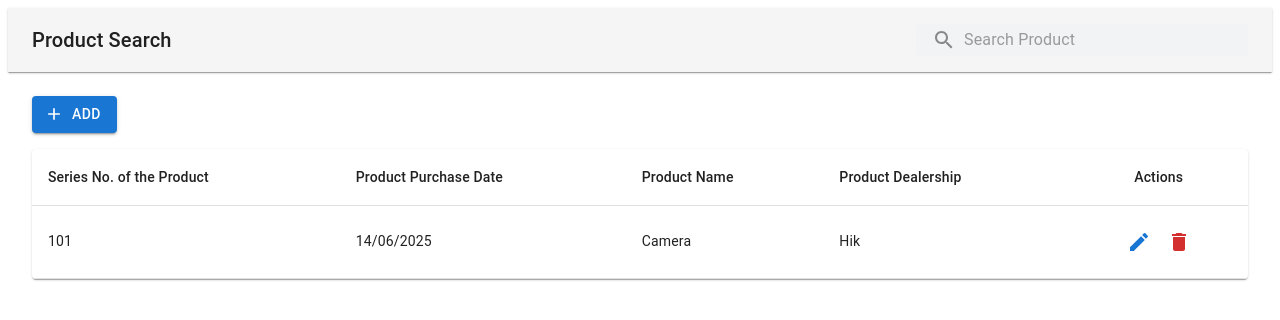
Repository: Sharathguru/Product_Task
Page: / (app in Frontend/)
An editor plug-in stored every save of this project. The page is shown before and after the next save, followed by the edit.
The browser window is 1280 px wide. The pictures show the whole page.
The project was rebuilt for these pictures with package versions that can differ from the ones it lists, and the page was loaded fresh each time. Requests to the local data server were answered from the project's data file. Also part of the build but not shown: Frontend/vite.config.js, Frontend/src/index.css, Frontend/src/Pages/Insert.jsx, Frontend/src/Pages/Update.jsx, Frontend/src/Pages/Delete.jsx.

Above is the page before, as saved 2025-06-13 15:07:58.

### Frontend/src/App.jsx
import React from 'react'
import { BrowserRouter, Route, Routes } from 'react-router-dom'
import { ToastContainer } from 'react-toastify';
import 'react-toastify/dist/ReactToastify.css';
import Home from './Components/Home'
import Insert from './Pages/Insert'
import Update from './Pages/Update'
import Fetch from './Pages/Fetch'
import Delete from './Pages/Delete'

const App = () => {
  return (
    <>
      <ToastContainer position="top-right" autoClose={2000} />
      <BrowserRouter>
      <Routes>
        <Route path="/" element={<Home />} />
        <Route path="/insert" element={<Insert />} />
        <Route path="/update" element={<Update />} />
        <Route path="/fetch" element={<Fetch />} />
        <Route path="/delete" element={<Delete />} />
      </Routes>
        {/* <Route path="*" element={<h1>404 Not Found</h1>} /> */}
      </BrowserRouter>
    </>
  )
}

export default App

### Frontend/src/Components/Home.jsx
import React from "react";
import Navbar from "./Navbar";
import Fetch from "../Pages/Fetch";

const Home = () => {
  const [search, setSearch] = React.useState("");

  return (
    <div>
      <Navbar search={search} setSearch={setSearch} />
      <Fetch search={search} />
    </div>
  );
};

export default Home;

### Frontend/src/Pages/Fetch.jsx
import React from "react";
import axios from "../axios/axios.js";
import { useNavigate } from "react-router-dom";
import DeleteIcon from "@mui/icons-material/Delete";
import EditIcon from "@mui/icons-material/Edit";
import AddIcon from "@mui/icons-material/Add";
import Table from "@mui/material/Table";
import TableBody from "@mui/material/TableBody";
import TableCell from "@mui/material/TableCell";
import TableContainer from "@mui/material/TableContainer";
import TableHead from "@mui/material/TableHead";
import TableRow from "@mui/material/TableRow";
import Paper from "@mui/material/Paper";
import IconButton from "@mui/material/IconButton";
import Button from "@mui/material/Button";
import Box from "@mui/material/Box";
import { toast } from "react-toastify";

const Fetch = ({ search }) => {
  const [products, setProducts] = React.useState([]);
  const [error, setError] = React.useState("");
  const navigate = useNavigate();

  const fetchData = async () => {
    try {
      const res = await axios.get("/user");
      setProducts(res.data);
    } catch (err) {
      setError("Failed to fetch data.");
    }
  };

  React.useEffect(() => {
    fetchData();
  }, []);

  const handleDelete = async (id) => {
    if (!window.confirm("Are you sure you want to delete this product?")) return;
    try {
      await axios.delete(`/user/${id}`);
      setProducts(products.filter((item) => item.id !== id));
      toast.success("Product deleted successfully!");
    } catch {
      toast.error("Delete failed.");
    }
  };

  const handleEdit = (id) => {
    navigate(`/update`, { state: { id } });
  };

  const handleAdd = () => {
    navigate("/insert");
  };

  const filteredProducts = products.filter((item) =>
    Object.values(item)
      .join(" ")
      .toLowerCase()
      .includes(search.toLowerCase())
  );

  return (
    <Box sx={{ p: 3 }}>
      <Box sx={{ display: "flex", alignItems: "center", mb: 2 }}>
        <Button
          variant="contained"
          color="primary"
          startIcon={<AddIcon />}
          onClick={handleAdd}
          sx={{ mr: 2 }}
        >
          Add
        </Button>
      </Box>
      <TableContainer component={Paper}>
        <Table>
          <TableHead>
            <TableRow>
              <TableCell>Series No. of the Product</TableCell>
              <TableCell>Product Purchase Date</TableCell>
              <TableCell>Product Name</TableCell>
              <TableCell>Product Dealership</TableCell>
              <TableCell align="center">Actions</TableCell>
            </TableRow>
          </TableHead>
          <TableBody>
            {filteredProducts.map((item, idx) => (
              <TableRow key={item.id}>
                <TableCell>{item.Series_No}</TableCell>
                <TableCell>
                  {item.Product_Purchase_Date &&
                    new Date(item.Product_Purchase_Date).toLocaleDateString("en-GB")}
                </TableCell>
                <TableCell>{item.Product_Name}</TableCell>
                <TableCell>{item.Product_Dealership}</TableCell>
                <TableCell align="center">
                  <IconButton
                    color="primary"
                    onClick={() => handleEdit(item.id)}
                  >
                    <EditIcon />
                  </IconButton>
                  <IconButton
                    color="error"
                    onClick={() => handleDelete(item.id)}
                  >
                    <DeleteIcon />
                  </IconButton>
                </TableCell>
              </TableRow>
            ))}
            {filteredProducts.length === 0 && (
              <TableRow>
                <TableCell colSpan={5} align="center">
                  No products found.
                </TableCell>
              </TableRow>
            )}
          </TableBody>
        </Table>
      </TableContainer>
      {error && <p style={{ color: "red" }}>{error}</p>}
    </Box>
  );
};

export default Fetch;

### Frontend/src/Components/Navbar.jsx
import React from "react";
import AppBar from "@mui/material/AppBar";
import Toolbar from "@mui/material/Toolbar";
import Typography from "@mui/material/Typography";
import Box from "@mui/material/Box";
import InputBase from "@mui/material/InputBase";
import SearchIcon from "@mui/icons-material/Search";

const Navbar = ({ search, setSearch }) => {
  return (
    <AppBar position="static" color="default" elevation={1}>
      <Toolbar>
        <Box sx={{ display: "flex", alignItems: "center", flexGrow: 1 }}>
          <Typography variant="h6" color="inherit" noWrap>
            Product Search
          </Typography>
        </Box>
        <Box
          sx={{
            position: "relative",
            borderRadius: 1,
            backgroundColor: "#f1f3f4",
            marginLeft: 0,
            width: 300,
            display: "flex",
            alignItems: "center",
            px: 2,
          }}
        >
          <SearchIcon sx={{ color: "#888", mr: 1 }} />
          <InputBase
            placeholder="Search Product"
            inputProps={{ "aria-label": "search" }}
            fullWidth
            value={search}
            onChange={(e) => setSearch(e.target.value)}
          />
        </Box>
      </Toolbar>
    </AppBar>
  );
};

export default Navbar;

### Frontend/src/axios/axios.js
import axios from 'axios'

const instance = axios.create({
    baseURL: 'http://localhost:3000'
})
export default instance

### Frontend/backend/db.json
{
  "user": [

    {
      "id": "2793",
      "Series_No": "101",
      "Product_Purchase_Date": "2025-06-14",
      "Product_Name": "Camera",
      "Product_Dealership": "Hik"
    }
  ]
}

Loaded but not shown: Frontend/index.html (common file); Frontend/src/main.jsx (common file)

After the next save:
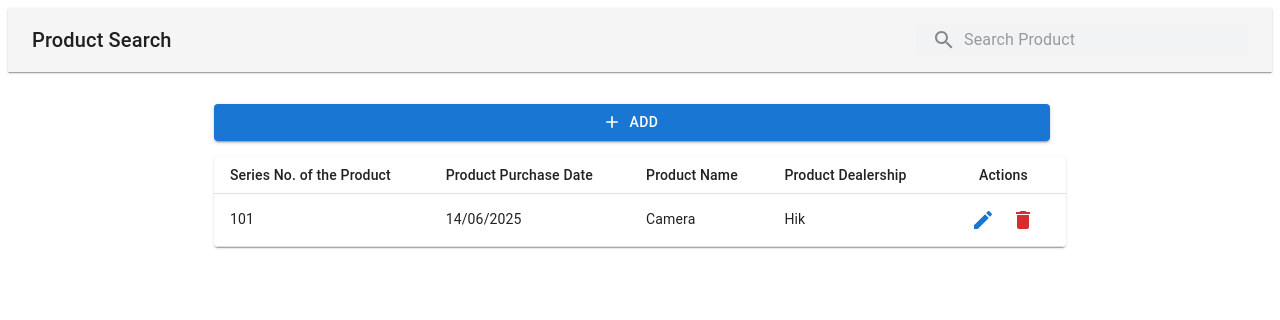
Saved 73 s later.
--- a/Frontend/src/Pages/Fetch.jsx
+++ b/Frontend/src/Pages/Fetch.jsx
@@ -14,6 +14,7 @@ import Paper from "@mui/material/Paper";
 import IconButton from "@mui/material/IconButton";
 import Button from "@mui/material/Button";
 import Box from "@mui/material/Box";
+import Container from "@mui/material/Container";
 import { toast } from "react-toastify";
 
 const Fetch = ({ search }) => {
@@ -61,20 +62,21 @@ const Fetch = ({ search }) => {
   );
 
   return (
-    <Box sx={{ p: 3 }}>
-      <Box sx={{ display: "flex", alignItems: "center", mb: 2 }}>
+    <Container maxWidth="md" sx={{ py: { xs: 2, md: 4 } }}>
+      <Box sx={{ display: "flex", alignItems: "center", mb: 2, flexDirection: { xs: "column", sm: "row" } }}>
         <Button
           variant="contained"
           color="primary"
           startIcon={<AddIcon />}
           onClick={handleAdd}
-          sx={{ mr: 2 }}
+          sx={{ mb: { xs: 2, sm: 0 }, mr: { sm: 2 } }}
+          fullWidth={true}
         >
           Add
         </Button>
       </Box>
-      <TableContainer component={Paper}>
-        <Table>
+      <TableContainer component={Paper} sx={{ width: "100%", overflowX: "auto" }}>
+        <Table size="small">
           <TableHead>
             <TableRow>
               <TableCell>Series No. of the Product</TableCell>
@@ -85,7 +87,7 @@ const Fetch = ({ search }) => {
             </TableRow>
           </TableHead>
           <TableBody>
-            {filteredProducts.map((item, idx) => (
+            {filteredProducts.map((item) => (
               <TableRow key={item.id}>
                 <TableCell>{item.Series_No}</TableCell>
                 <TableCell>
@@ -121,7 +123,7 @@ const Fetch = ({ search }) => {
         </Table>
       </TableContainer>
       {error && <p style={{ color: "red" }}>{error}</p>}
-    </Box>
+    </Container>
   );
 };
 
